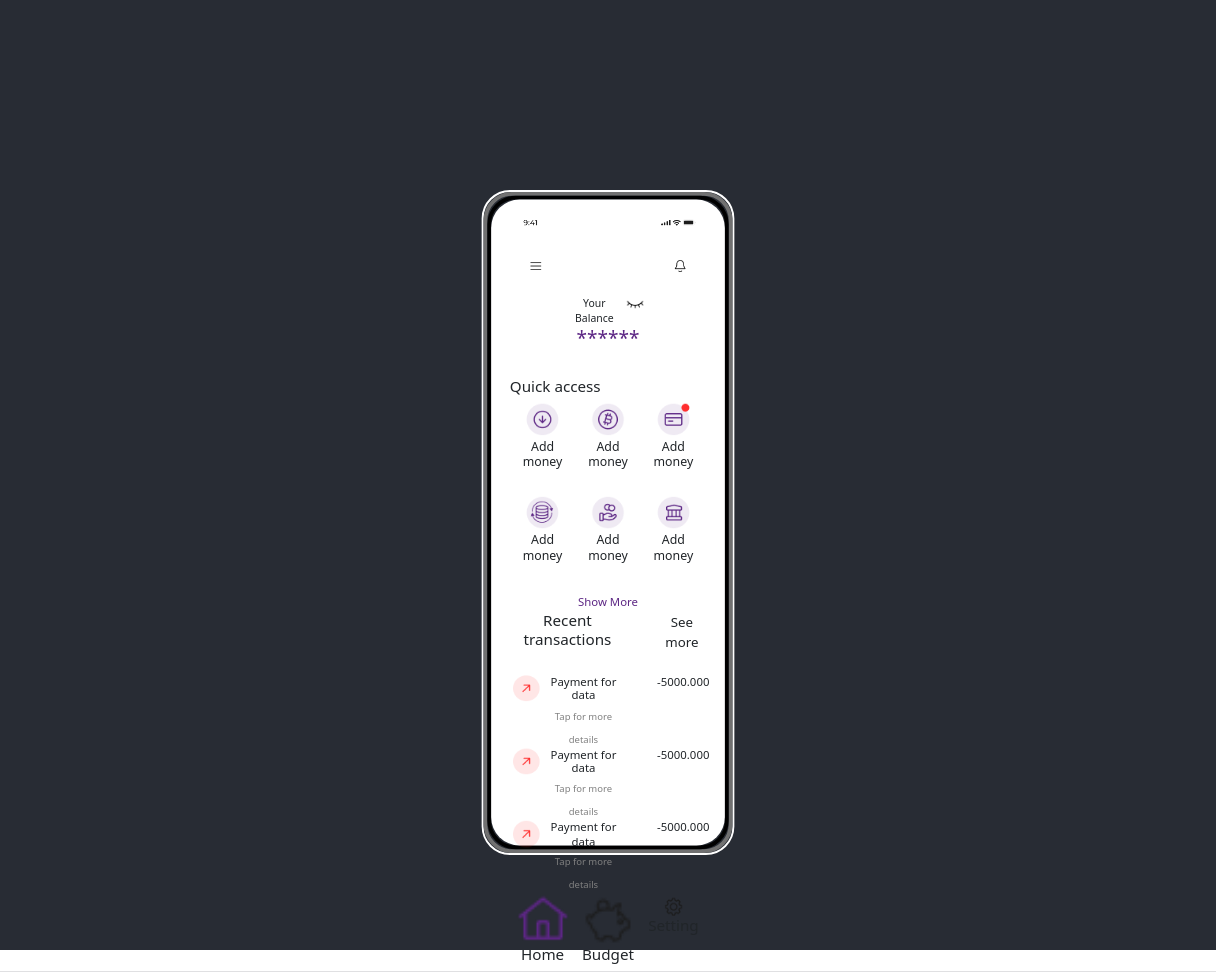
Repository: sarahnnanyelugo/fcmb-hackathon
Page: /
An editor plug-in stored every save of this project. The page is shown before and after the next save, followed by the edit.
The browser window is 1280 px wide. The pictures show the whole page, at 95% of full size.
The project was rebuilt for these pictures with package versions that can differ from the ones it lists, and the page was loaded fresh each time.

Above is the page before, as saved 2023-10-28 19:42:04.

After the next save:
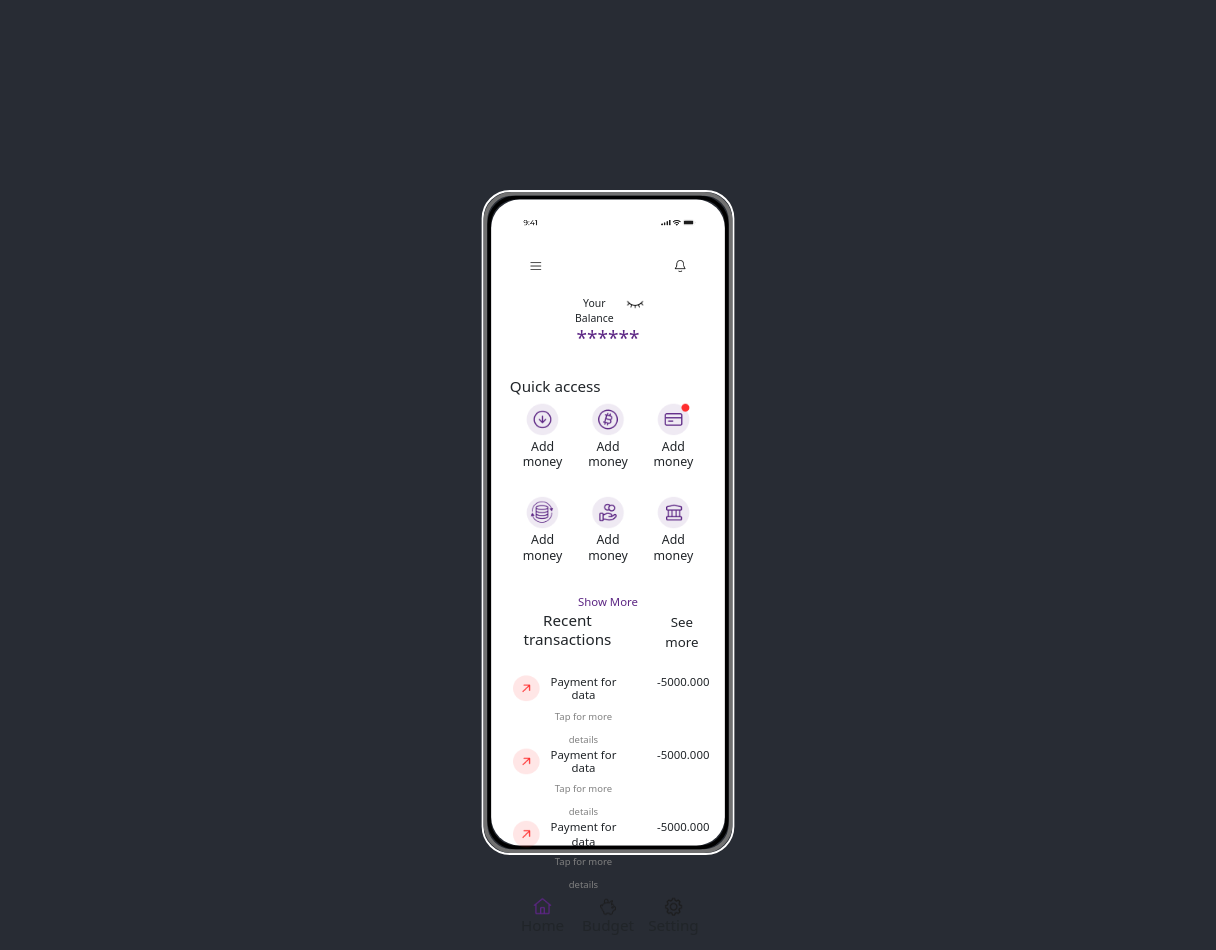
Saved 12 s later.
--- a/src/App.js
+++ b/src/App.js
@@ -157,12 +157,12 @@ function App() {
                       <div className="flexy">
                         <div className="col-md-4">
                           {" "}
-                          <img src={Home} alt="icon" width="80%" />
+                          <img src={Home} alt="icon" width="30%" />
                           <h6>Home</h6>
                         </div>
                         <div className="col-md-4">
                           {" "}
-                          <img src={Piggy} alt="icon" width="80%" />
+                          <img src={Piggy} alt="icon" width="30%" />
                           <h6>Budget</h6>
                         </div>
                         <div className="col-md-4">
